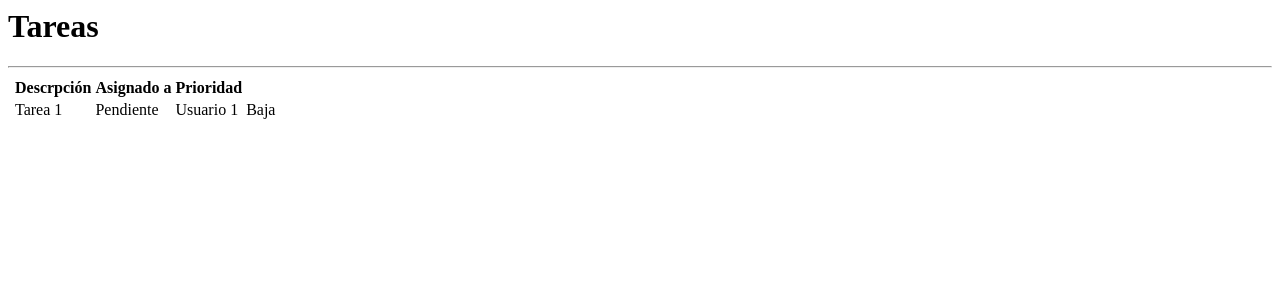
Repository: jhonatan810/waAdministradirdeTareas
Page: AdministradordeTareas/WebContent/paginas/tareas.html
An editor plug-in stored every save of this project. The page is shown before and after the next save, followed by the edit.
The browser window is 1280 px wide. The pictures show the whole page.

Above is the page before, as saved 2016-10-28 22:19:18.

### AdministradordeTareas/WebContent/paginas/tareas.html
<h1>Tareas</h1>

<hr>

<div class="table-responsive">
	<table class="table table-hover">
		<thead>
			<th></th>
			<th>
				Descrpci&oacute;n
			</th>
			<th>
				Asignado a
			</th>
			<th class="text-right">
				Prioridad
			</th>
		</thead>
		<tbody>
			<tr>
				<td href="#" class="btn btn-default"></td>
				<td>Tarea 1</td>
				<td>Pendiente</td>
				<td>Usuario 1</td>
				<td>Baja</td>
				<td></td>
			</tr>
		</tbody>
	</table>
</div>

After the next save:
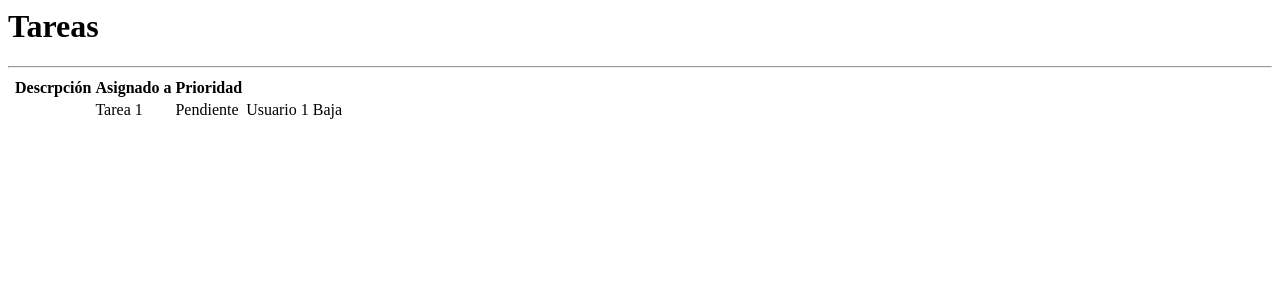
Saved 54 s later.
--- a/AdministradordeTareas/WebContent/paginas/tareas.html
+++ b/AdministradordeTareas/WebContent/paginas/tareas.html
@@ -18,7 +18,12 @@
 		</thead>
 		<tbody>
 			<tr>
-				<td href="#" class="btn btn-default"></td>
+				<td href="#" class="btn btn-default">
+					<pan class="glyphicon glyphicon-pencil"></pan>
+				</td>
+				<td href="#" class="btn btn-default">
+
+				</td>
 				<td>Tarea 1</td>
 				<td>Pendiente</td>
 				<td>Usuario 1</td>
